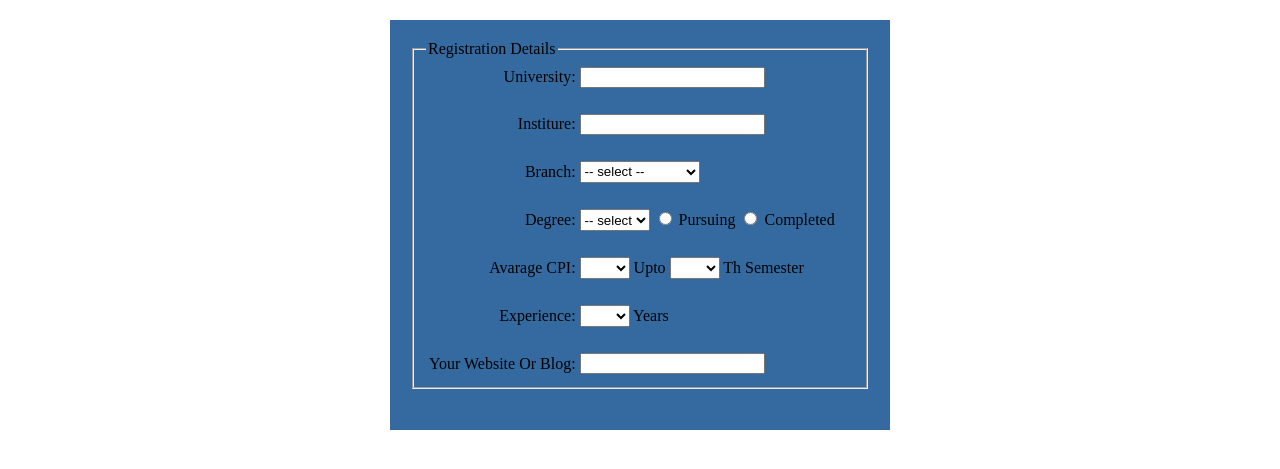
Repository: Helianthusss/Learn-CPP
Page: HTML/lap2/bai5.html
These files come from the project's save history. The page is drawn as it stood at one moment and after the next save; the edit follows.
The browser window is 1280 px wide. The pictures show the whole page.

Above is the page before, as saved 2021-10-10 08:50:38.

### HTML/lap2/bai5.html
<!DOCTYPE html>
<html lang="en">
<head>
    <meta charset="UTF-8">
    <meta http-equiv="X-UA-Compatible" content="IE=edge">
    <meta name="viewport" content="width=device-width, initial-scale=1.0">
    <title>Document</title>
    <style>
        body{
            /* background-color: #81BEF7; */
            margin-left: auto;
            margin-right: auto;
            width: 500px;
            margin-top: 20px;
            /* text-align: center; */
        }
        form{
            background-color: #356aa0;
            height:370px;
            padding: 20px;
        }
        .ps{
            text-align: right;
        }
        button{
            text-align: center;
        }
    </style>
</head>
<body>
    <div>
    <form  >
        <!-- tao khung -->
        <fieldset>
        <legend>Registration Details</legend>
        <table>

            <tr>
                <td class="ps">University: </td>
                <td><input type="text"></td>
                <!-- <br> -->
            </tr>
            <tr>
                <td><br></td>
            </tr>
            <tr>
                <td class="ps">Institure: </td>
                <td><input type="text" ></td>
                <!-- <br> <br> -->
            </tr>
            <tr>
                <td><br></td>
            </tr>
            <tr>
                <td class="ps">Branch: </td>
                <td>
                    <select name="united" style="width: 120px; height: 22px">
                    <option selected="1" value="">-- select --</option>
                    <option value="2">England</option>
                    <option value="3">Japan</option>
                    <option value="4">Korea</option>
                    </select>
                </td>
            </tr>
            <tr>
                <td><br></td>
            </tr>
            <tr>
                <td class="ps">Degree: </td>
                <td>
                    <select name="united" style="width: 70px; height: 22px">
                    <option selected="1" value="">-- select --</option>
                    <option value="2">England</option>
                    <option value="3">Japan</option>
                    <option value="4">Korea</option>
                    </select>
                    <input type="radio" name="degree" value="pursuing" > Pursuing <input type="radio" name="degree" value="completed" > Completed
                </td>
            </tr>
            <tr>
                <td><br></td>
            </tr>
            <tr>
                <td class="ps">Avarage CPI: </td>
                <td>
                    <select name="united" style="width: 50px; height: 22px">
                    <option selected="1" value=""></option>
                    </select>
                    Upto
                    <select name="united" style="width: 50px; height: 22px">
                        <option selected="1" value=""></option>
                    </select>
                    Th Semester
                </td>
            </tr>
            <tr>
                <td><br></td>
            </tr>
            <tr>
                <td class="ps">Experience: </td>
                <td>
                    <select name="united" style="width: 50px; height: 22px">
                    <option selected="1" value=""></option>
                    </select>
                    Years
                </td>
            </tr>
            <tr>
                <td><br></td>
            </tr>
            <tr>
                <td class="ps">Your Website Or Blog: </td>
                <td><input type="text" ></td>
                <!-- <br> <br> -->
            </tr>
        </table>
    </form>
    </div>
    <!-- <div>
        <button type="button" class="btn btn-default btn-circle"><i class="glyphicon glyphicon-ok" style="width:20px; height:20px;"></i>
        </button>
        Steps
        <button type="button" class="btn btn-primary btn-circle"><i class="glyphicon glyphicon-list"></i>
        </button>
    </div> -->
</body>
</html>

After the next save:
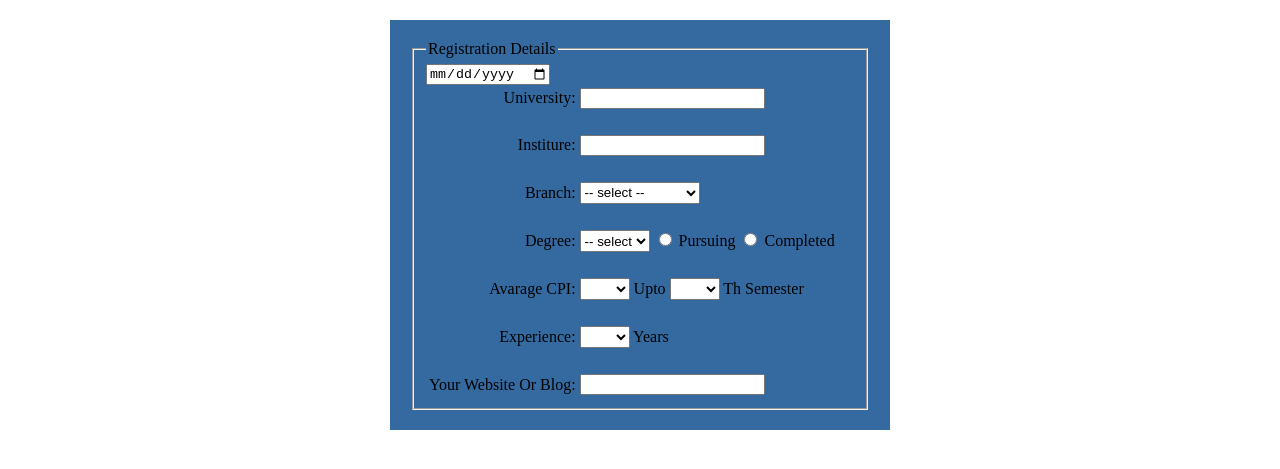
Saved 7 min 55 s later.
--- a/HTML/lap2/bai5.html
+++ b/HTML/lap2/bai5.html
@@ -82,6 +82,7 @@
             </tr>
             <tr>
                 <td class="ps">Avarage CPI: </td>
+                <input type="date" name="depart" />
                 <td>
                     <select name="united" style="width: 50px; height: 22px">
                     <option selected="1" value=""></option>
